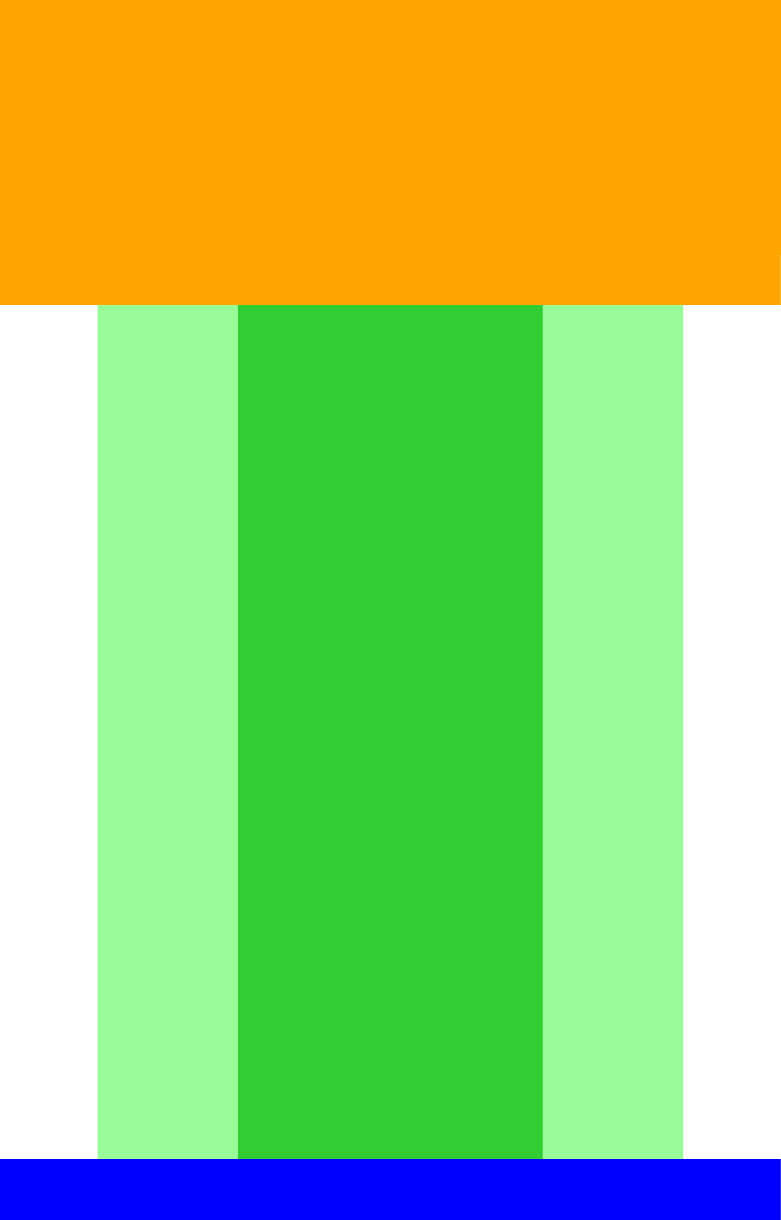
Repository: NANAKUNITA/chapter10
Page: chapter4/chapter4.html
The author's editor kept a record of every edit. The page is drawn from the files as they stood at one moment, then again after the next edit.
The browser window is 1280 px wide. The pictures show the whole page, at 61% of full size.

Above is the page before.

### chapter4/chapter4.html
<!DOCTYPE html>
<html lang="ja">
  <head>
    <meta charset="UTF-8">
    <link rel="stylesheet" href="chapter4.css"/>
    <title>4章演習</title>
  </head>

  <body>
    <div class="header"></div>

    <div class="main-visual"></div>

    <div class="main">
      <div class="sidebar-left"></div>
      <div class="blog"></div>
      <div class="sidebar-right"></div>
    </div>

    <div class="footer"></div>
  </body>
</html>

### chapter4/chapter4.css
*{
  margin:0;
  padding:0;
  box-sizing:border-box;
}

.main-visual{
  width:100%;
  height:500px;
  background-color:orange;
}

.main-visual{
  width:100%;
  height:500px;
  background-color:orange;
}

.main{
  width:960px;
  display:flex;
  justify-content:center;
  margin:0 auto;
}

.sidebar-left{
  width:230px;
  height:1400px;
  background-color:palegreen;
}

.blog{
  width:500px;
  height:1400px;
  background-color:limegreen;
}

.sidebar-right{
  width:230px;
  height:1400px;
  background-color:palegreen;
}

.footer{
  width:100%;
  height:100px;
  background-color:blue;
}

After the next edit:
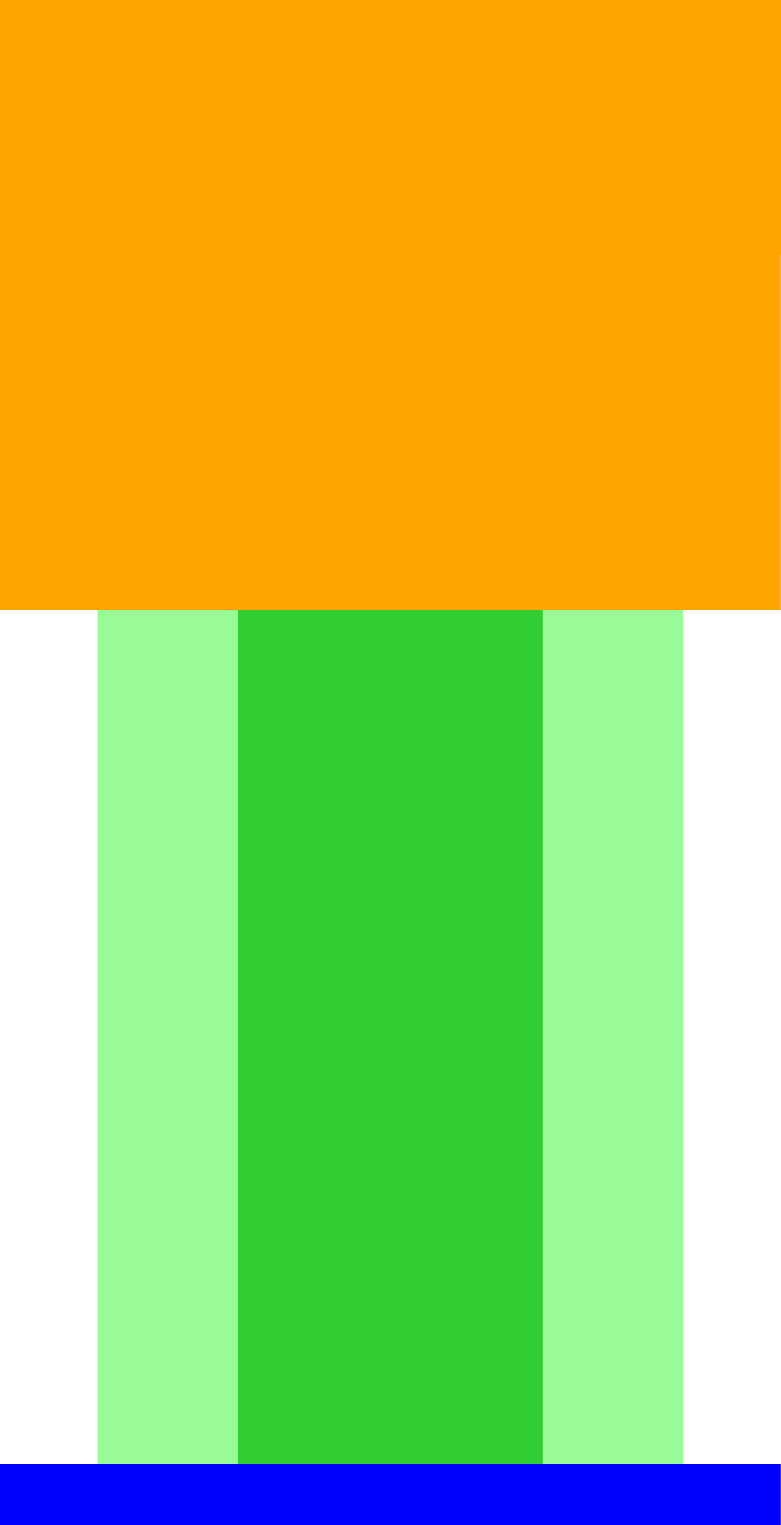
The edit:
--- a/chapter4/chapter4.css
+++ b/chapter4/chapter4.css
@@ -10,7 +10,7 @@
   background-color:orange;
 }
 
-.main-visual{
+.header{
   width:100%;
   height:500px;
   background-color:orange;
